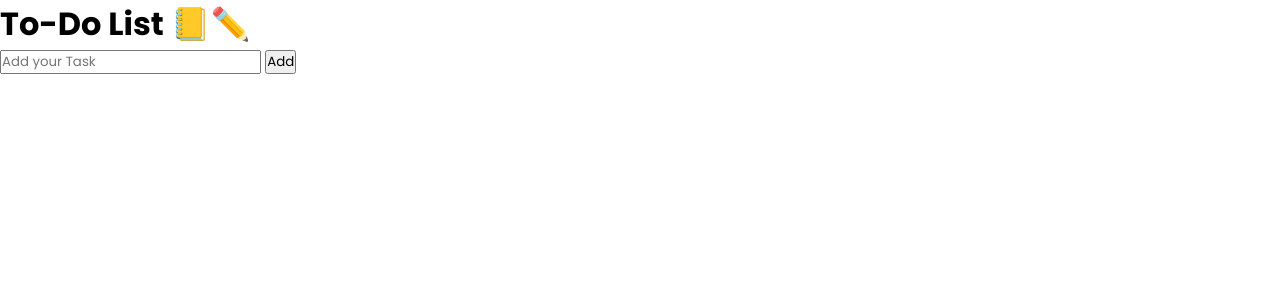
Repository: Ankitkr2021/To-Do-List
Page: index.html
These files come from the project's save history. The page is drawn as it stood at one moment and after the next save; the edit follows.
The browser window is 1280 px wide. The pictures show the whole page.

Above is the page before, as saved 2025-10-03 09:59:51.

After the next save:
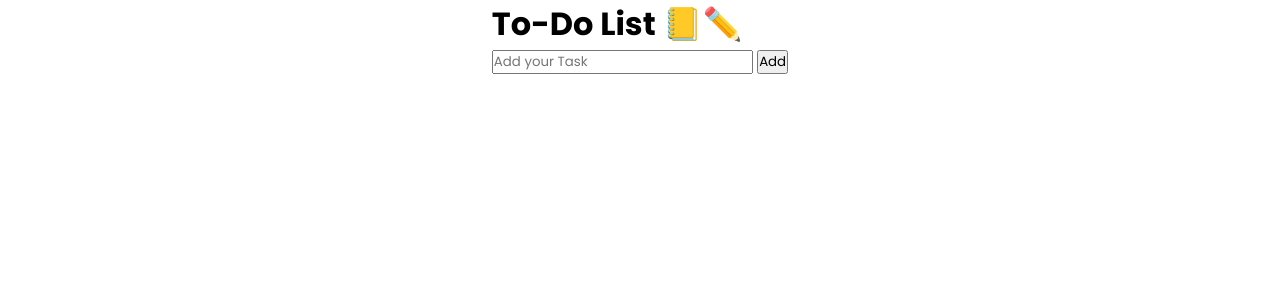
Saved 15 s later.
--- a/style.css
+++ b/style.css
@@ -6,3 +6,9 @@
     box-sizing: border-box;
     font-family: 'Poppins',sans-serif;
 }
+
+body{
+    display: flex;
+    justify-content: center;
+    align-items: center;
+}
